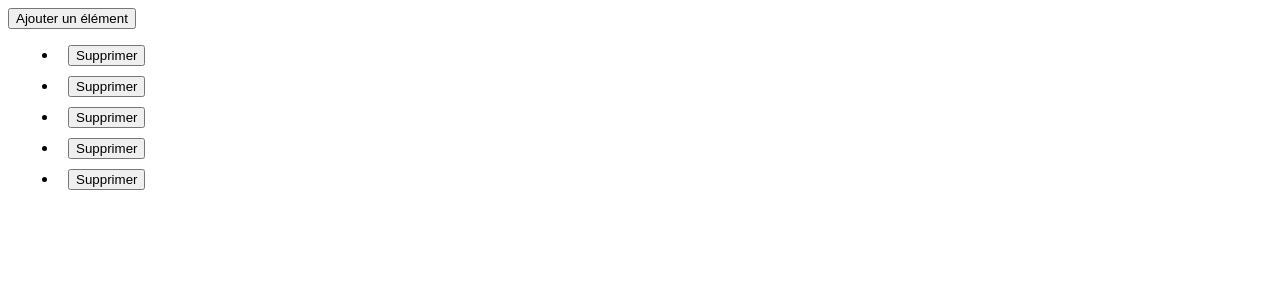
Repository: arione15/Livre_Serrion-Vue.js
Page: index.html
The author's editor kept a copy of each file at every save. The page is drawn from the files as they stood at one save, then again after a run of saves.
The browser window is 1280 px wide. The pictures show the whole page.

Above is the page before, as saved 2021-09-08 12:58:21.

### index.html
<!DOCTYPE html>
<html lang="en">

<head>
    <meta charset="UTF-8">
    <meta http-equiv="X-UA-Compatible" content="IE=edge">
    <meta name="viewport" content="width=device-width, initial-scale=1.0">
    <title>Liste</title>
    <script src="https://cdn.jsdelivr.net/npm/vue/dist/vue.js"></script>
</head>

<body>

    <div id="root"></div>

</body>

<script>
    const vm = new Vue({
        el: "div#root",
        template: `
            <div>
                <button v-on:click="ajouter()">Ajouter un élément</button>
                <ul>
                    <li v-for="(element, index) of elements" style="margin:10px">
                        <span v-if"!element.modifyOn" v-on:dblclick="modifier(index)">
                            {{element.text}}</span>
                            <input v-else type="text">
                    <button v-on:click="supprimer(index)" style="margin-left:10px">Supprimer</button>
                </li>
                </ul>
                <span v-if="elements.length === 0">La liste est vide !!</span>
            </div>
        `,
        data: {
            elements: [
                { text: "Elément 1", modifyOn: false },
                { text: "Elément 2", modifyOn: false },
                { text: "Elément 3", modifyOn: false },
                { text: "Elément 4", modifyOn: false },
                { text: "Elément 5", modifyOn: false },
            ]
        },
        methods: {
            supprimer(index){
                this.elements = this.elements.filter(function cb(elt,i){
                    if(index===i) return false;
                    else return true;
                })
            },
            ajouter(){
                const length = this.elements.length + 1;
                const element = { text: `Elément ` + length, modifyOn: false };
                this.elements.push(element);
            },
            modifier(index, event){
                this.elements[index].modifyOn = truse;
            }



        }
    })
</script>

</html>

After the next 3 saves:
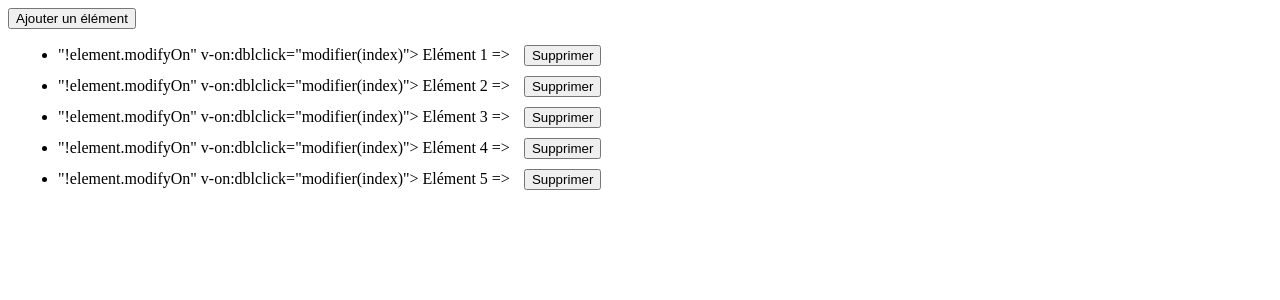
The 3 saves are shown as one change because they came seconds apart.
The last was saved 61 s later.
--- a/index.html
+++ b/index.html
@@ -25,7 +25,7 @@
                     <li v-for="(element, index) of elements" style="margin:10px">
                         <span v-if"!element.modifyOn" v-on:dblclick="modifier(index)">
                             {{element.text}}</span>
-                            <input v-else type="text">
+                            <input v-else type="text" style=>
                     <button v-on:click="supprimer(index)" style="margin-left:10px">Supprimer</button>
                 </li>
                 </ul>

After the 3 saves that followed:
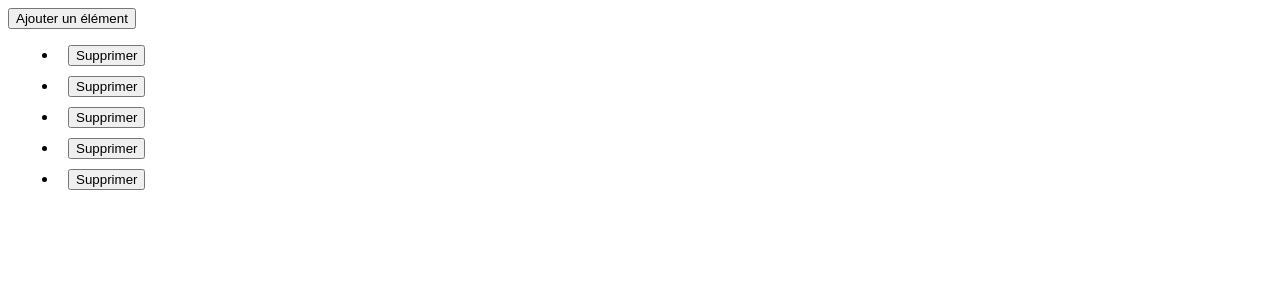
The 3 saves are shown as one change because they came seconds apart.
The last was saved 10 s later.
--- a/index.html
+++ b/index.html
@@ -25,7 +25,7 @@
                     <li v-for="(element, index) of elements" style="margin:10px">
                         <span v-if"!element.modifyOn" v-on:dblclick="modifier(index)">
                             {{element.text}}</span>
-                            <input v-else type="text" style=>
+                            <input v-else type="text" style="width:100px;">
                     <button v-on:click="supprimer(index)" style="margin-left:10px">Supprimer</button>
                 </li>
                 </ul>
